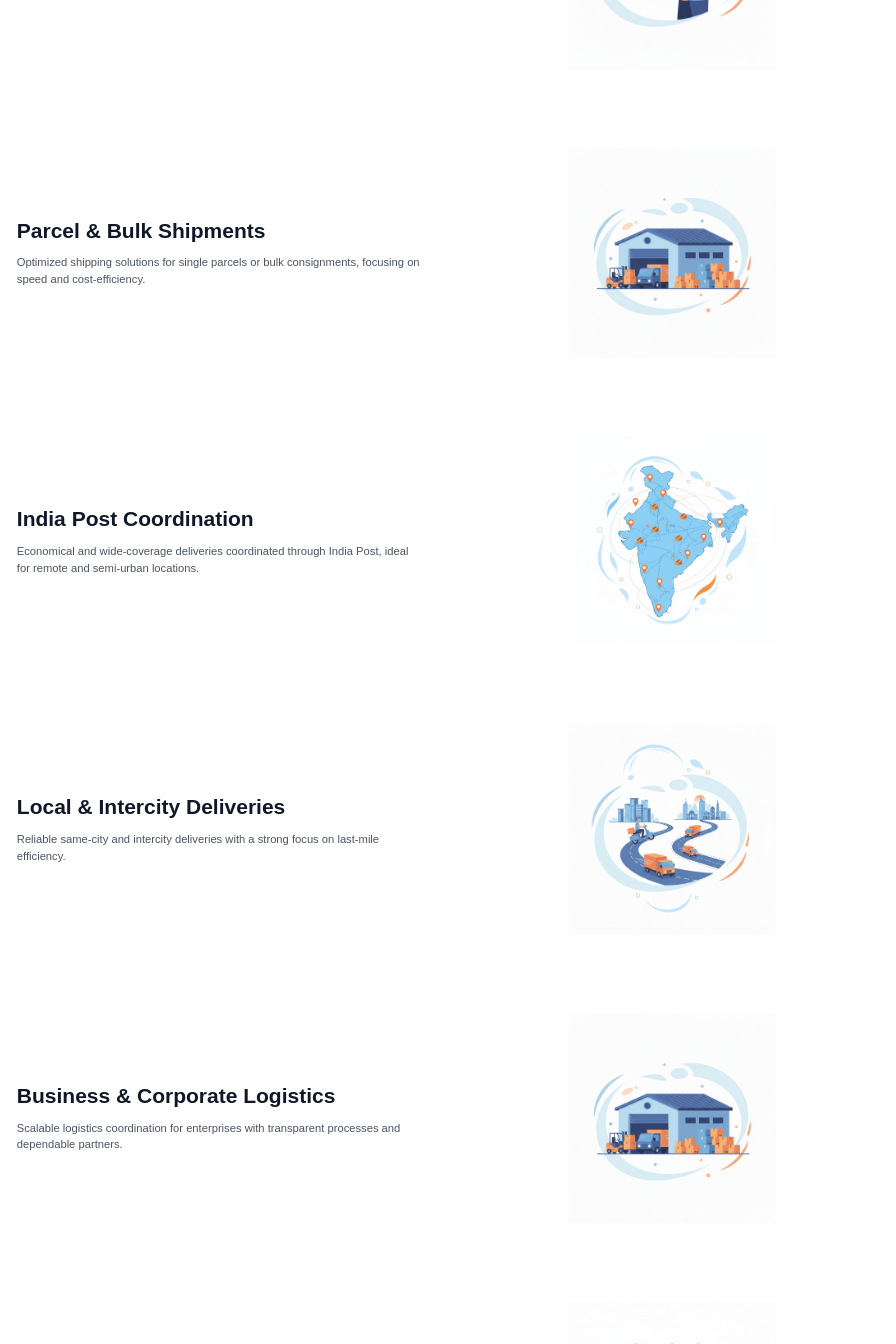
Repository: Rohit-foryou/Courier-Portfolio
Page: /services
The author's editor kept a copy of each file at every save. The page is drawn from the files as they stood at one save, then again after the next save.
The browser window is 1280 px wide. The pictures show the part of the page from y = 909 to 2829 px (the page is 4828 px tall before and 4668 px after), at 70% of full size.
The project was rebuilt for these pictures with package versions that can differ from the ones it lists, and the page was loaded fresh each time. The framework's server and built-in components were replaced by stand-ins that run in the browser. Also part of the build but not shown: next.config.ts.

Above is the page before, as saved 2026-02-09 23:39:33.

After the next save:
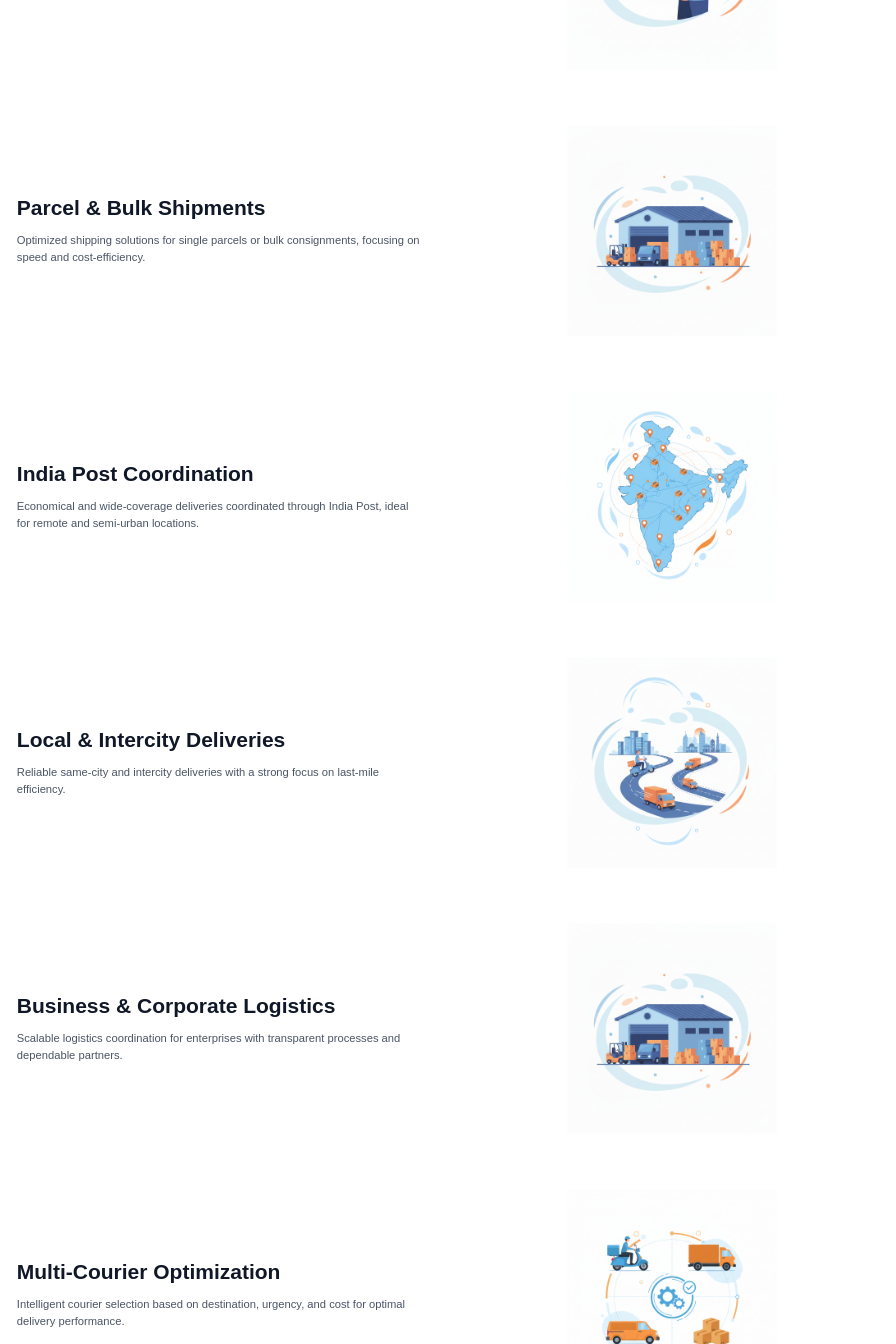
Saved 2 min 27 s later.
--- a/app/services/page.tsx
+++ b/app/services/page.tsx
@@ -42,7 +42,7 @@
 
       {/* CORE SERVICES */}
       <section className="bg-white py-24">
-        <div className="max-w-7xl mx-auto px-6 space-y-28">
+        <div className="max-w-7xl mx-auto px-6 space-y-20">
 
           {/* Service Block Helper */}
           {[
